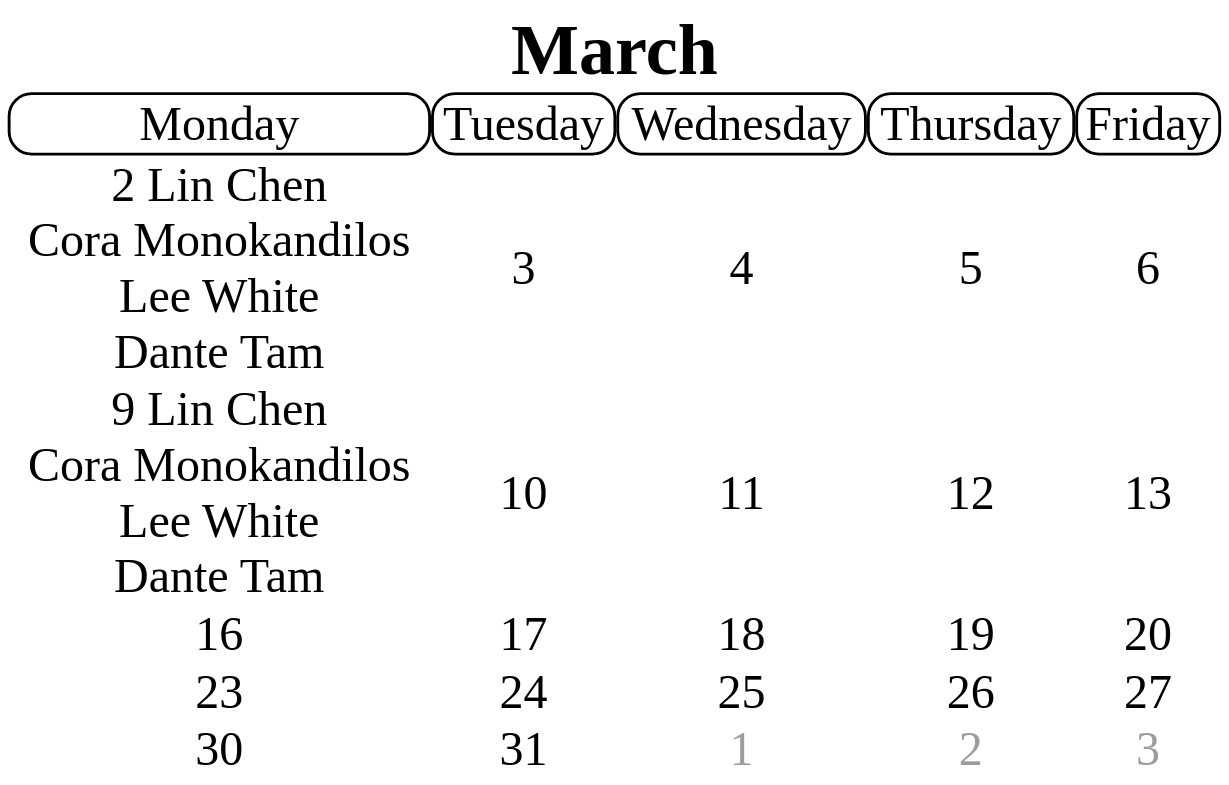
Repository: shleewhite/missionBitCalendar
Page: views/mar.html
The author's editor kept a record of every edit. The page is drawn from the files as they stood at one moment, then again after the next edit.
The browser window is 1280 px wide. The pictures show the whole page, at 96% of full size.

Above is the page before.

After the next edit:
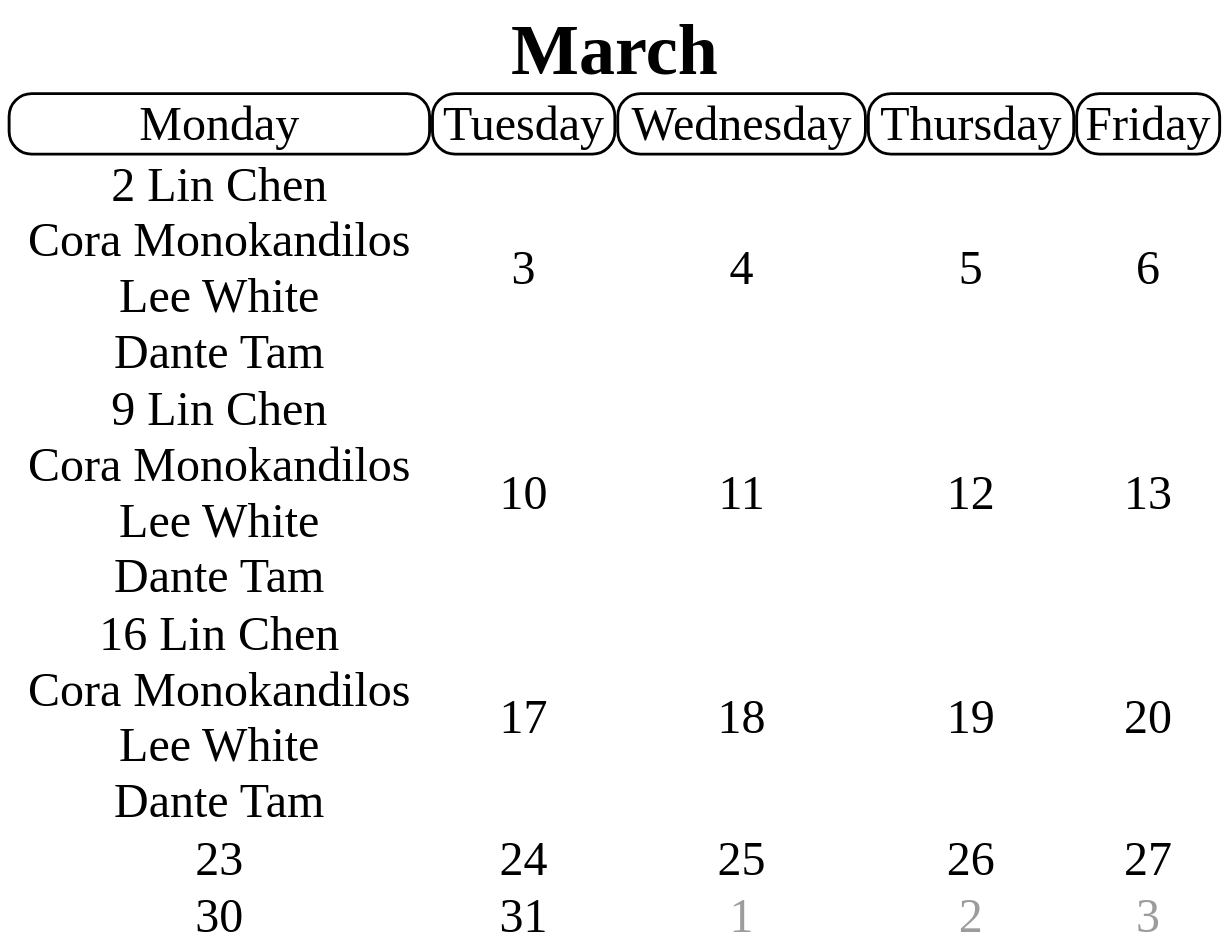
The edit:
--- a/views/mar.html
+++ b/views/mar.html
@@ -27,7 +27,7 @@
                 <td>13</td>
             </tr>
             <tr>
-                <td>16</td>
+                <td>16 Lin Chen<br>Cora Monokandilos<br>Lee White<br>Dante Tam</td>
                 <td>17</td>
                 <td>18</td>
                 <td>19</td>
